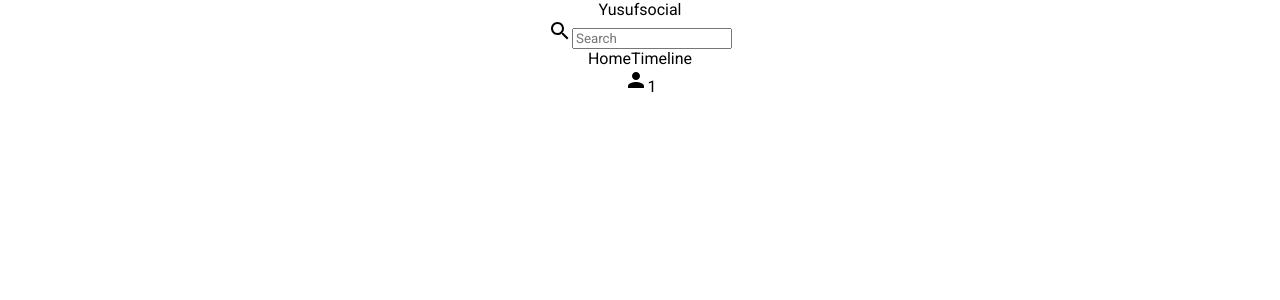
Repository: sevilgenysf/socialmediaapp
Page: /
The author's editor kept a copy of each file at every save. The page is drawn from the files as they stood at one save, then again after the next save.
The browser window is 1280 px wide. The pictures show the whole page.
The project was rebuilt for these pictures with package versions that can differ from the ones it lists, and the page was loaded fresh each time. Also part of the build but not shown: src/components/topbar/topbar.css.

Above is the page before, as saved 2022-02-16 13:08:13.

### public/index.html
<!DOCTYPE html>
<html lang="en">

<head>
	<meta charset="utf-8" />
	<meta name="viewport" content="width=device-width, initial-scale=1" />
	<meta name="description" content="Web site created using create-react-app" />
	<link href="https://fonts.googleapis.com/css2?family=Roboto:ital,wght@0,300;0,400;0,700;1,500&display=swap"
		rel="stylesheet">
	<link rel="stylesheet" href="style.css">
	<title>Social App</title>
</head>

<body>
	<noscript>You need to enable JavaScript to run this app.</noscript>
	<div id="root"></div>
</body>

</html>

### src/App.js
import React from 'react';
import Home from './pages/home/Home';
import './App.css';

function App() {
	return (
		<div className="App">
			<Home />
		</div>
	);
}

export default App;

### src/pages/home/Home.js
import React from 'react';
import Topbar from '../../components/topbar/Topbar';

const Home = () => {
	return (
		<div>
			<Topbar />
		</div>
	);
};

export default Home;

### src/components/topbar/Topbar.jsx
import React from 'react';
import './topbar.css';
import { Search, Person } from '@mui/icons-material';

const Topbar = () => {
	return (
		<div className="topbarContainer">
			<div className="topbarLeft">
				<span className="logo">Yusufsocial</span>
			</div>
			<div className="topbarCenter">
				<div className="searchbar">
					<Search />
					<input type="text" placeholder="Search" className="searchInput" />
				</div>
			</div>
			<div className="topbarRight">
				<div className="topbarLink">
					<span className="topbarLink">Home</span>
					<span className="topbarLink">Timeline</span>
				</div>
				<div className="topbarIcons">
					<div className="topbarIconItem">
						<Person />
						<span className="topbarIconBadge">1</span>
					</div>
				</div>
			</div>
		</div>
	);
};

export default Topbar;

### public/style.css
* {
	margin: 0;
	font-family: 'Roboto', sans-serif ;
}

Loaded but not shown: src/index.js (common file); src/index.css (common file); src/App.css (common file)

After the next save:
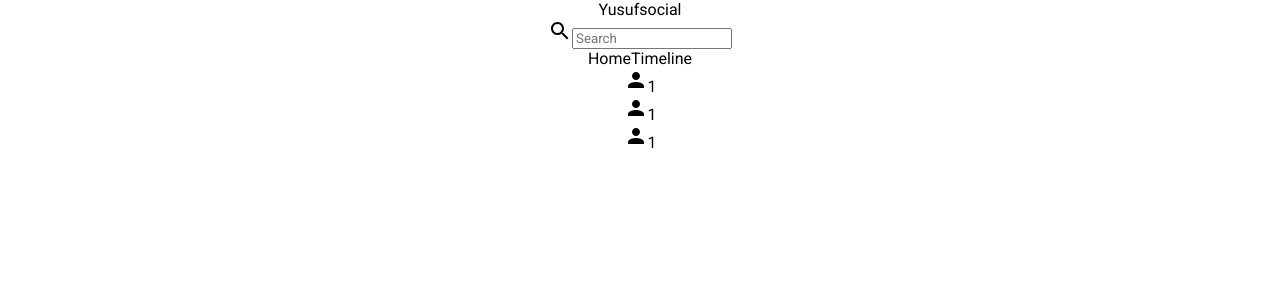
Saved 20 s later.
--- a/src/components/topbar/Topbar.jsx
+++ b/src/components/topbar/Topbar.jsx
@@ -24,6 +24,14 @@
 						<Person />
 						<span className="topbarIconBadge">1</span>
 					</div>
+					<div className="topbarIconItem">
+						<Person />
+						<span className="topbarIconBadge">1</span>
+					</div>
+					<div className="topbarIconItem">
+						<Person />
+						<span className="topbarIconBadge">1</span>
+					</div>
 				</div>
 			</div>
 		</div>
